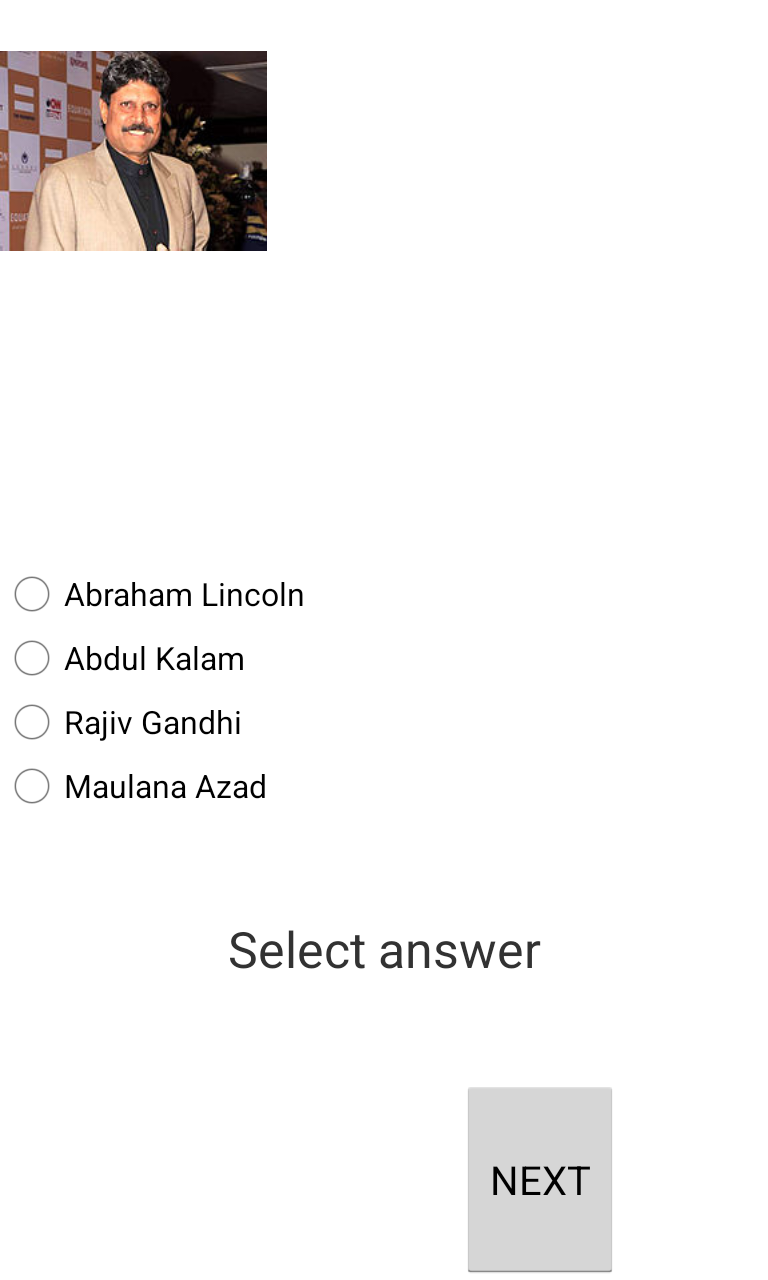
Repository: rupaligarje123/aakash
Layout: androidphotoquiz/FunChem1/photoquiz/res/layout/que12.xml
The author's editor kept a copy of each file at every save. The layout is drawn from the files as they stood at one save, then again after the next save.
It is drawn on a 768 x 1280 px phone screen (xhdpi) without system bars, with theme AppTheme; the app's code is not run.

Above is the layout before, as saved 2013-04-18 09:31:36.

After the next save:
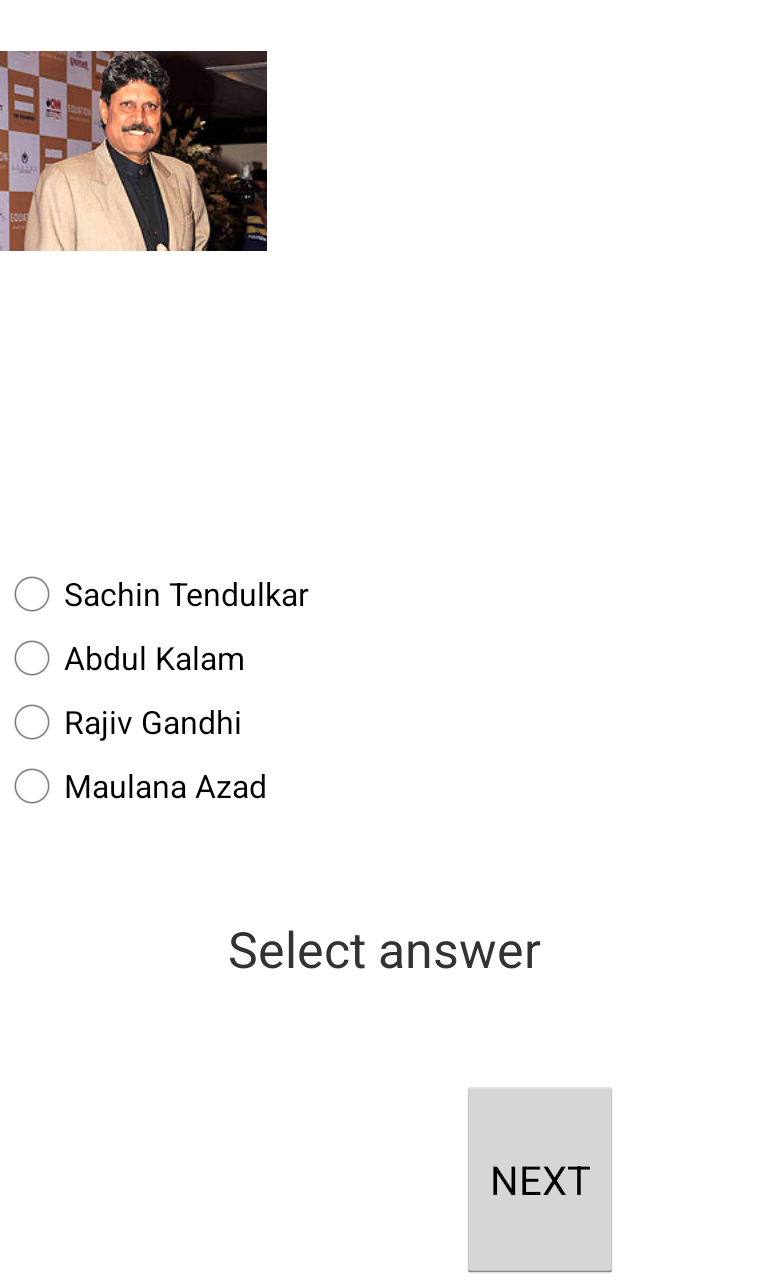
Saved 2 min 30 s later.
--- a/androidphotoquiz/FunChem1/photoquiz/res/layout/que12.xml
+++ b/androidphotoquiz/FunChem1/photoquiz/res/layout/que12.xml
@@ -30,7 +30,7 @@
         android:layout_width="match_parent"
         android:layout_height="0dp"
         android:layout_weight="1"
-        android:text="Abraham Lincoln" />
+        android:text="Sachin Tendulkar" />
 
     <RadioButton
         android:id="@+id/rd1202"
